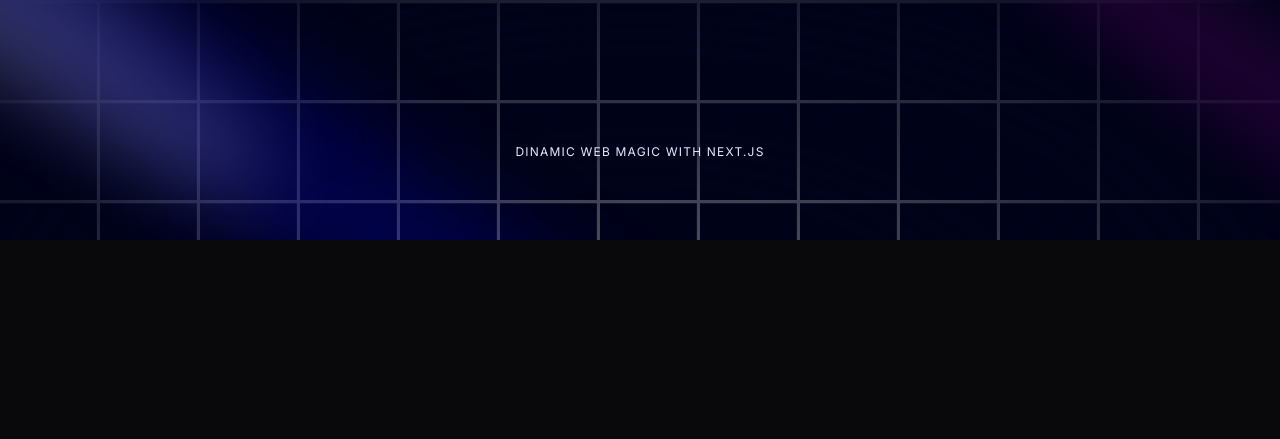
Repository: drsamame/portfolio.next
Page: /
An editor plug-in stored every save of this project. The page is shown before and after the next save, followed by the edit.
The browser window is 1280 px wide. The pictures show the whole page.
The project was rebuilt for these pictures with package versions that can differ from the ones it lists, and the page was loaded fresh each time. The framework's server and built-in components were replaced by stand-ins that run in the browser. Also part of the build but not shown: next.config.mjs.

Above is the page before, as saved 2024-07-02 15:40:54.

After the next save:
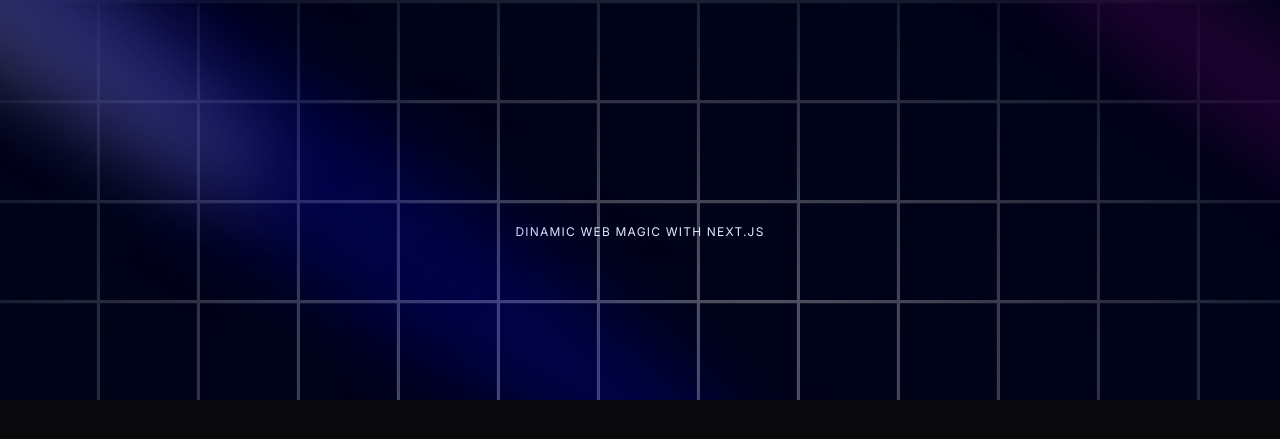
Saved 10 s later.
--- a/components/Hero.tsx
+++ b/components/Hero.tsx
@@ -19,7 +19,7 @@
 			<div className="h-screen w-full dark:bg-black-100 bg-white  dark:bg-grid-white/[0.3] bg-grid-black/[0.2] flex items-center justify-center absolute left-0 top-0">
 				<div className="absolute pointer-events-none inset-0 flex items-center justify-center dark:bg-black-100 bg-white [mask-image:radial-gradient(ellipse_at_center,transparent_20%,black)]"></div>
 			</div>
-			<div className='flex justify-center relative'>
+			<div className='flex justify-center relative my-20'>
 				<div className='max-w-[89vw] md:max-w-2xl lg:max-w-[60vw] flex flex-col items-center justify-center'>
 					<h2 className='uppercase tracking-widest text-xs text-center text-blue-100 max-w-80'>Dinamic Web Magic with Next.Js</h2>
 				</div>
